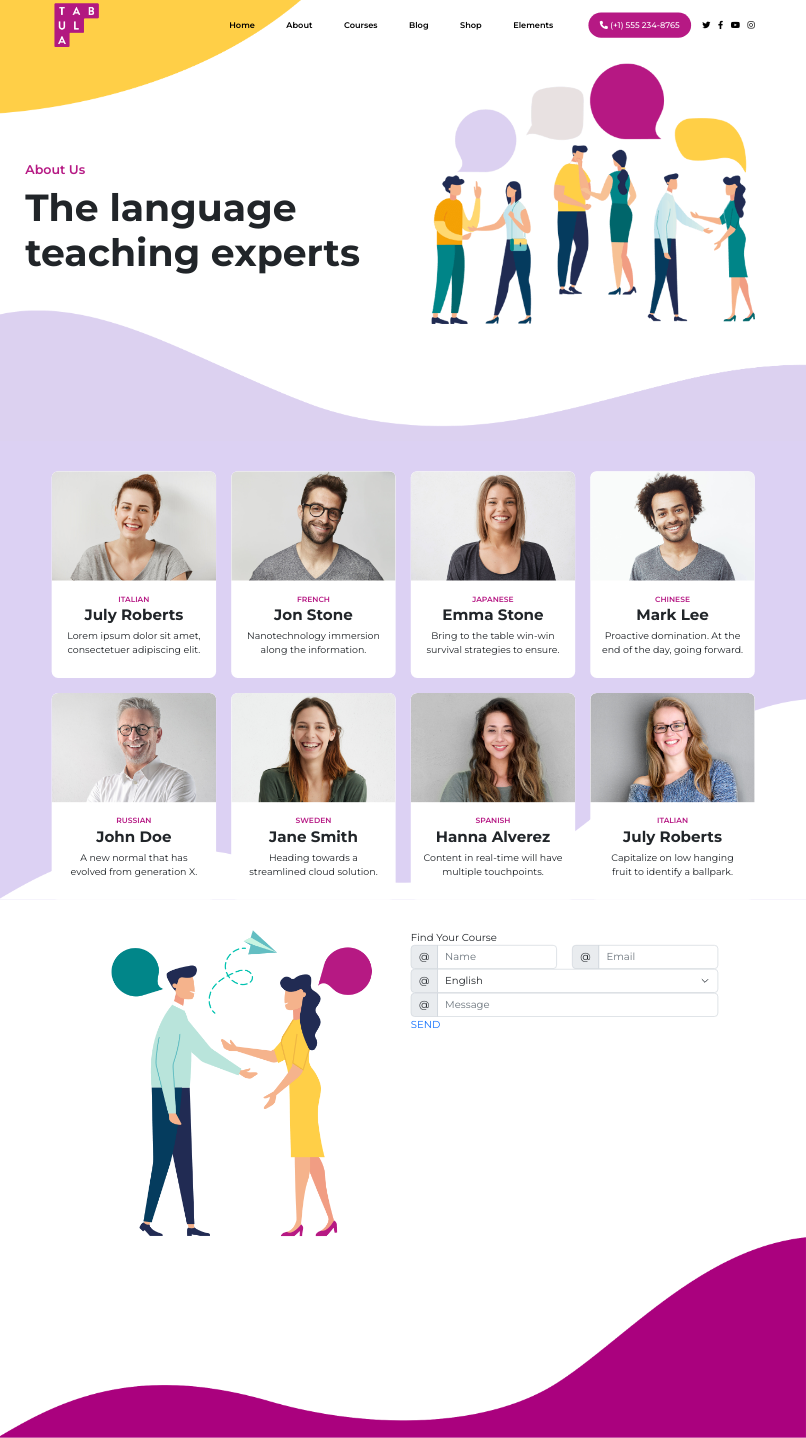
Repository: minhtrivu6199/tabula
Page: index.html
These files come from the project's save history. The page is drawn as it stood at one moment and after the next save; the edit follows.
The browser window is 1280 px wide. The pictures show the whole page, at 63% of full size.
Some web libraries are served in a nearby version. The style sheet was rebuilt from its Sass, Less or Tailwind sources for each picture, by a compiler version that may differ from the author's.

Above is the page before, as saved 2022-09-28 10:42:55.

### index.html
<!DOCTYPE html>
<html lang="en">
  <head>
    <title>Tabula</title>
    <link rel="shortcut icon" href="img/crest.png" type="image/x-icon" />
    <!-- Required meta tags -->
    <meta charset="utf-8" />
    <meta
      name="viewport"
      content="width=device-width, initial-scale=1, shrink-to-fit=no"
    />

    <!-- Font -->
    <link rel="preconnect" href="https://fonts.googleapis.com" />
    <link rel="preconnect" href="https://fonts.gstatic.com" crossorigin />
    <link
      href="https://fonts.googleapis.com/css2?family=Montserrat:wght@300;400;500;600;700&display=swap"
      rel="stylesheet"
    />

    <!-- Bootstrap CSS v5.2.0-beta1 -->
    <link
      rel="stylesheet"
      href="https://cdn.jsdelivr.net/npm/bootstrap@5.2.0/dist/css/bootstrap.min.css"
      integrity="sha384-gH2yIJqKdNHPEq0n4Mqa/HGKIhSkIHeL5AyhkYV8i59U5AR6csBvApHHNl/vI1Bx"
      crossorigin="anonymous"
    />

    <!-- FontAwesome 6.1.1 CSS -->
    <link
      rel="stylesheet"
      href="https://cdnjs.cloudflare.com/ajax/libs/font-awesome/6.1.1/css/all.min.css"
      integrity="sha512-KfkfwYDsLkIlwQp6LFnl8zNdLGxu9YAA1QvwINks4PhcElQSvqcyVLLD9aMhXd13uQjoXtEKNosOWaZqXgel0g=="
      crossorigin="anonymous"
      referrerpolicy="no-referrer"
    />

    <!-- CSS -->
    <link rel="stylesheet" href="./css/style.min.css" />
  </head>

  <body>
    <!-- HEADER -->
    <header class="header">
      <nav class="navbar navbar-expand-lg navbar-fixed-top bg-transparent p-0">
        <div class="container">
          <div class="header-left">
            <a href="" class="navbar-brand logo">
              <img src="./img/crest.png" alt="" />
            </a>
          </div>
          <div class="header-right">
            <div class="header-menu d-xs-none">
              <ul class="navbar-nav menu">
                <li class="nav-item">
                  <a href="" class="nav-link"> Home </a>
                </li>
                <li class="nav-item">
                  <a href="" class="nav-link"> About </a>
                </li>
                <li class="nav-item">
                  <a href="" class="nav-link"> Courses </a>
                </li>
                <li class="nav-item">
                  <a href="" class="nav-link"> Blog </a>
                </li>
                <li class="nav-item">
                  <a href="" class="nav-link"> Shop </a>
                </li>
                <li class="nav-item">
                  <a href="" class="nav-link"> Elements </a>
                </li>
              </ul>
            </div>
            <div class="header-right-inner">
              <div class="header-btn">
                <a href="" class="btn-default">
                  <span class="btnWidgetIcon">
                    <i class="fa fa-phone"></i>
                  </span>
                  <span class="btnWidgetText"> (+1) 555 234-8765 </span>
                </a>
              </div>
              <a href="" class="iconWidget">
                <div class="btnWidgetIcon">
                  <i class="fab fa-twitter"></i>
                </div>
              </a>
              <a href="" class="iconWidget">
                <div class="btnWidgetIcon">
                  <i class="fab fa-facebook-f"></i>
                </div>
              </a>
              <a href="" class="iconWidget">
                <div class="btnWidgetIcon">
                  <i class="fab fa-youtube"></i>
                </div>
              </a>
              <a href="" class="iconWidget">
                <div class="btnWidgetIcon">
                  <i class="fab fa-instagram"></i>
                </div>
              </a>
            </div>
          </div>
        </div>
      </nav>
    </header>
    <!-- END HEADER -->

    <!-- CONTENT WRAP -->
    <section class="contentWrap">
      <div class="contentHolder">
        <div class="contentPort">
          <div class="cell">
            <div class="cell-inner">
              <div class="row">
                <div class="col-6">
                  <div class="col-content">
                    <span class="subtitle"> About Us </span>
                    <h1 class="title">The language teaching experts</h1>
                  </div>
                </div>
                <div class="col-6">
                  <div class="col-content">
                    <div class="col-thumb">
                      <img src="./img/hero_team.png" alt="" />
                    </div>
                  </div>
                </div>
              </div>
            </div>
          </div>
        </div>
        <div class="top-img">
          <img src="./img/yellow_top_wave_01.png" alt="" />
        </div>
        <div class="bottom-img">
          <img src="./img/Violet_top_left_wave.png" alt="" />
        </div>
      </div>
    </section>
    <!-- END CONTENTWRAP -->

    <!-- CARD -->
    <section class="groupCard">
      <div class="container pt-5">
        <div class="row">
          <div class="col-lg-3 col-md-6 col-sm-6 col-12">
            <div class="card">
              <div class="card-img">
                <img src="./img/teacher_1.jpg" alt="" />
              </div>
              <div class="card-body">
                <div class="card-text">
                  <span class="subtitle"> italian </span>
                  <h3 class="teacherName">July Roberts</h3>
                  <p class="text">
                    Lorem ipsum dolor sit amet, consectetuer adipiscing elit.
                  </p>
                </div>
              </div>
            </div>
          </div>
          <div class="col-lg-3 col-md-6 col-sm-6 col-12">
            <div class="card">
              <div class="card-img">
                <img src="./img/teacher_2.jpg" alt="" />
              </div>
              <div class="card-body">
                <div class="card-text">
                  <span class="subtitle"> FRENCH </span>
                  <h3 class="teacherName">Jon Stone</h3>
                  <p class="text">
                    Nanotechnology immersion along the information.
                  </p>
                </div>
              </div>
            </div>
          </div>
          <div class="col-lg-3 col-md-6 col-sm-6 col-12">
            <div class="card">
              <div class="card-img">
                <img src="./img/teacher_3.jpg" alt="" />
              </div>
              <div class="card-body">
                <div class="card-text">
                  <span class="subtitle"> JAPANESE </span>
                  <h3 class="teacherName">Emma Stone</h3>
                  <p class="text">
                    Bring to the table win-win survival strategies to ensure.
                  </p>
                </div>
              </div>
            </div>
          </div>
          <div class="col-lg-3 col-md-6 col-sm-6 col-12">
            <div class="card">
              <div class="card-img">
                <img src="./img/teacher_4.jpg" alt="" />
              </div>
              <div class="card-body">
                <div class="card-text">
                  <span class="subtitle"> CHINESE </span>
                  <h3 class="teacherName">Mark Lee</h3>
                  <p class="text">
                    Proactive domination. At the end of the day, going forward.
                  </p>
                </div>
              </div>
            </div>
          </div>
        </div>
        <div class="row pt-4">
          <div class="col-lg-3 col-md-6 col-sm-6 col-12">
            <div class="card">
              <div class="card-img">
                <img src="./img/teacher_5.jpg" alt="" />
              </div>
              <div class="card-body">
                <div class="card-text">
                  <span class="subtitle"> RUSSIAN </span>
                  <h3 class="teacherName">John Doe</h3>
                  <p class="text">
                    A new normal that has evolved from generation X.
                  </p>
                </div>
              </div>
            </div>
          </div>
          <div class="col-lg-3 col-md-6 col-sm-6 col-12">
            <div class="card">
              <div class="card-img">
                <img src="./img/teacher_6.jpg" alt="" />
              </div>
              <div class="card-body">
                <div class="card-text">
                  <span class="subtitle"> SWEDEN </span>
                  <h3 class="teacherName">Jane Smith</h3>
                  <p class="text">
                    Heading towards a streamlined cloud solution.
                  </p>
                </div>
              </div>
            </div>
          </div>
          <div class="col-lg-3 col-md-6 col-sm-6 col-12">
            <div class="card">
              <div class="card-img">
                <img src="./img/teacher_7.jpg" alt="" />
              </div>
              <div class="card-body">
                <div class="card-text">
                  <span class="subtitle"> SPANISH </span>
                  <h3 class="teacherName">Hanna Alverez</h3>
                  <p class="text">
                    Content in real-time will have multiple touchpoints.
                  </p>
                </div>
              </div>
            </div>
          </div>
          <div class="col-lg-3 col-md-6 col-sm-6 col-12">
            <div class="card">
              <div class="card-img">
                <img src="./img/teacher_8.jpg" alt="" />
              </div>
              <div class="card-body">
                <div class="card-text">
                  <span class="subtitle"> italian </span>
                  <h3 class="teacherName">July Roberts</h3>
                  <p class="text">
                    Capitalize on low hanging fruit to identify a ballpark.
                  </p>
                </div>
              </div>
            </div>
          </div>
        </div>
      </div>
      <div class="bottom-img">
        <img src="./img/Wave_White_bottom_right_shape_01.png" alt="" />
      </div>
    </section>
    <!-- END CARD -->

    <!-- FIND COURSE -->
    <section class="findCourse">
      <div class="container pt-5">
        <div class="cell">
          <div class="cell-inner">
            <div class="row">
              <div class="col-lg-6 col-md-12">
                <div class="col-thumb">
                  <img src="./img/conatct_inner.png" alt="" />
                </div>
              </div>
              <div class="col-lg-6 col-md-12">
                <div class="col-form">
                  <form class="form" action="">
                    <span class="title"> Find Your Course </span>
                    <div class="row">
                      <div class="input-group flex-nowrap col-6 w-50">
                        <span class="input-group-text">@</span>
                        <input
                          type="text"
                          class="form-control"
                          placeholder="Name"
                        />
                      </div>
                      <div class="input-group flex-nowrap col-6 w-50">
                        <span class="input-group-text">@</span>
                        <input
                          type="text"
                          class="form-control"
                          placeholder="Email"
                        />
                      </div>

                      <div class="input-group">
                        <span class="input-group-text">@</span>
                        <select
                          class="form-select"
                          aria-label="Default select example"
                        >
                          <option selected>English</option>
                          <option value="1">French</option>
                          <option value="2">Spanish</option>
                          <option value="3">German</option>
                        </select>
                      </div>
                      <div class="input-group">
                        <span class="input-group-text">@</span>
                        <input
                          type="text"
                          class="form-control"
                          placeholder="Message"
                        />
                      </div>
                      <div class="input-group">
                        <a href="" class="btn-default">
                            <span>SEND</span>
                        </a>
                      </div>
                    </div>
                  </form>
                </div>
              </div>
            </div>
          </div>
        </div>
      </div>
      <div class="bottom-img">
        <img src="./img/accent_bottom_wave_01.png" alt="">
      </div>
    </section>
    <!-- Bootstrap JavaScript Libraries -->
    <script
      src="https://cdn.jsdelivr.net/npm/@popperjs/core@2.11.5/dist/umd/popper.min.js"
      integrity="sha384-Xe+8cL9oJa6tN/veChSP7q+mnSPaj5Bcu9mPX5F5xIGE0DVittaqT5lorf0EI7Vk"
      crossorigin="anonymous"
    ></script>

    <script
      src="https://cdn.jsdelivr.net/npm/bootstrap@5.2.0/dist/js/bootstrap.min.js"
      integrity="sha384-ODmDIVzN+pFdexxHEHFBQH3/9/vQ9uori45z4JjnFsRydbmQbmL5t1tQ0culUzyK"
      crossorigin="anonymous"
    ></script>
  </body>
</html>

### scss/style.scss
* {
    margin: 0;
    padding: 0;
    box-sizing: border-box;
}

html, body {
    font-family: 'Montserrat', sans-serif;
}

a {
    text-decoration: none;
}

ul {
    list-style: none;
}

img {
    max-width: 100%;
    height: auto;
}


.header {
    position:absolute;
    width: 100%;
    z-index: 2;
    display: block;
    .navbar{
        .container {
            height: 80px;
            justify-content: space-between;
            .header-left {
                height: 100%;
                .logo {
                    position: relative;
                    z-index: 2;
                    img {
                        width: 80px;
                        display: block;
                    }
                }
            }

            .header-right {
                display: flex;
                justify-content: space-between;
                .header-menu {
                    .menu {
                        .nav-item {
                            display: block;
                            padding: 0 50px 0 0;
                            .nav-link {
                                font-weight: 600;
                                color: #000;
                                line-height: 80px;
                                display: block;
                                position: relative;
                                padding: 0;
                                font-size: 13px;
                                &:hover {
                                    color: #b61984;
                                }
                                &::after {
                                    content: '';
                                    display: block;
                                    position:absolute;
                                    bottom: -4px;
                                    margin-left: -4px;
                                    left: 50%;
                                    height: 8px;
                                    width: 8px;
                                    border-radius: 50%;
                                    transition: all 0.3s ease;
                                    transform: scale(0);
                                    background-color: #b61984;
                                }
                                &:hover::after{
                                    transform: scale(1.1);
                                }
                            }
                        }
                    }
                }

                .header-right-inner {
                    display: flex;
                    line-height: 38px;
                    align-items: center;
                    vertical-align: middle;
                    font-size: 16px;
                    .header-btn {
                        display: inline-block;
                        line-height: 1;
                        width: auto;
                        .btn-default {
                            color: #fff;
                            padding: 12px 18px;
                            margin: 6px;
                            font-weight: 500;
                            text-align: center;
                            background: transparent;
                            box-shadow: 0 0 0 36px #b61984 inset;
                            transition: all 0.3s ease;
                            border-radius: 50px;
                            font-size: 13px;
                            &:hover {
                                color: #b61984;
                                box-shadow: 0 0 0 1px #b61984 inset;
                            }
                        }
                    }

                    .iconWidget {
                        margin-left: 12px;
                        color: #000;
                        font-size: 13px;
                        transition: all 0.3s ease;
                        &:hover {
                            color: #b61984;
                        }
                    }
                }
            }
        }
    }
}

.contentWrap {
    .contentHolder{
        position: relative;
        .contentPort {
            display: flex;
            justify-content: center;
            flex-flow: row nowrap;
            .cell {
                width: 1200px;
                max-width: calc(100% - 60px);
                display: block;
                .cell-inner {
                    .row {
                        position: relative;
                        flex-flow: row nowrap;
                        justify-content: center;
                        padding: 60px 0;
                        align-items: center;
                        flex-basis: 50%;
                        // max-width: 70%;
                        // margin: 0 auto;
                        z-index: 1;
                        .col-6 {
                            .col-content {
                                justify-content: center;
                                .subtitle {
                                    font-size: 20px;
                                    margin-bottom: 10px;
                                    color:#b61984;
                                    font-weight: 600;
                                    display: block;
                                }

                                .title {
                                    font-size: 60px;
                                    font-weight: 700;
                                }

                                .col-thumb {
                                    display: block;
                                    line-height: 0;
                                }
                            }
                        }
                    }
                }
            }
        }
        .top-img {
            top: 0;
            right: 0;
            left: 0;
            position:absolute;
            img {
                width: 100%;
                height: auto;
                display: block;
                user-select: none;
            }
        }

        .bottom-img {
            position: absolute;
            bottom: 0;
            right: 0;
            left: 0;
            .img {
                width: 100%;
                height: auto;
                display: block;
                user-select: none;
            }
        }
    }
}

.groupCard {
    background-color: #dcd1f3;
    position: relative;
    .container {
        .row {
            .card {
                border-radius: 10px;
                border: none;
                z-index: 2;
                transition-delay: 0.2s;
                transition: all 0.5s ease-out;
                &:hover {
                    box-shadow: rgba(0, 0, 0, 0.35) 0px 5px 15px;
                }
                .card-img {
                    overflow: hidden;
                    border-radius: 10px 10px 0 0;
                    img {
                        border-radius: 10px 10px 0 0;
                        transition: transform 1000ms cubic-bezier(.190,1,.220,1),opacity 1000ms cubic-bezier(.190,1,.220,1);
                        &:hover {
                            transform: scale(1.05);
                            .card > & {
                                box-shadow: rgba(0, 0, 0, 0.35) 0px 5px 15px;
                            }
                        }
                    }
                }

                .card-body {
                    text-align: center;
                    .subtitle {
                        font-size: 12px;
                        color: #b61984;
                        font-weight: 600;
                        text-transform: uppercase;
                    }

                    .teacherName {
                        font-size: 24px;
                        font-weight: 700;
                    }

                    .text {
                        font-size: 15px;
                    }
                }
            }
        }
    }
    .bottom-img {
        position: absolute;
        bottom: 0;
        right: 0;
        left: 0;
        img {
            display: block;
            user-select: none;
        }
    }
}

.findCourse {
    position: relative;
    .container {
        display: flex;
        justify-content: center;
        .cell {
            width: 1000px;
            max-width: calc(100% - 60px);
            display: block;
            .cell-inner {
                .row {
                    .col-thumb {
                        justify-self: flex-start;
                        img {
                            display: block;
                            line-height: 0;
                        }
                    }

                    .col-form {
                        .form {
                            .title {

                            }

                            .row {
                                .input-group {
                                    .input-group-text {

                                    }

                                    .form-control {

                                    }

                                    .btn-default {

                                    }
                                }
                            }
                        }
                    }
                }
            }
        }
    }

    .bottom-img {

    }
}

After the next save:
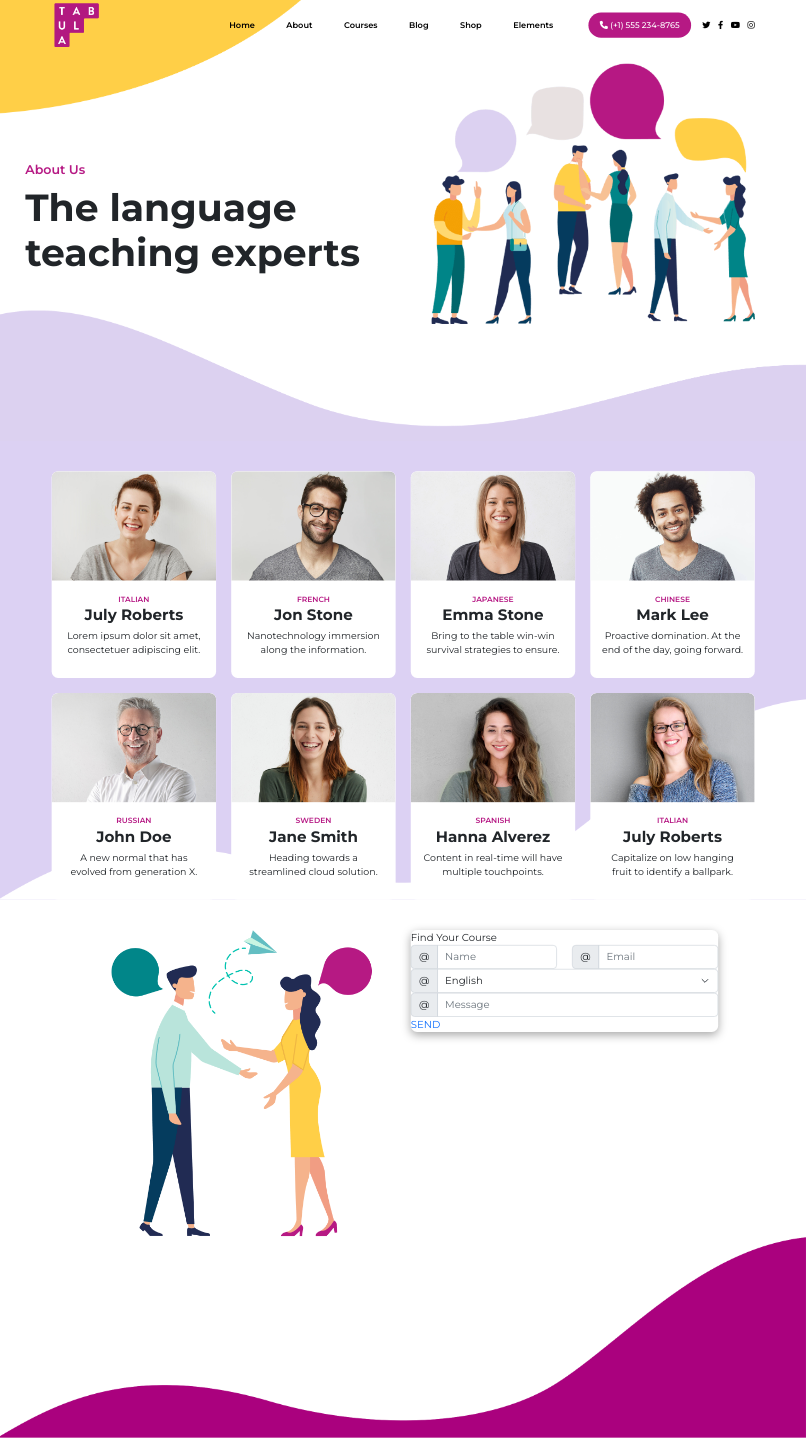
Saved 2 min 34 s later.
--- a/scss/style.scss
+++ b/scss/style.scss
@@ -286,6 +286,9 @@ img {
 
                     .col-form {
                         .form {
+                            border-radius: 10px;
+                            border: none;
+                            box-shadow: rgba(0, 0, 0, 0.35) 0px 5px 15px;
                             .title {
 
                             }
